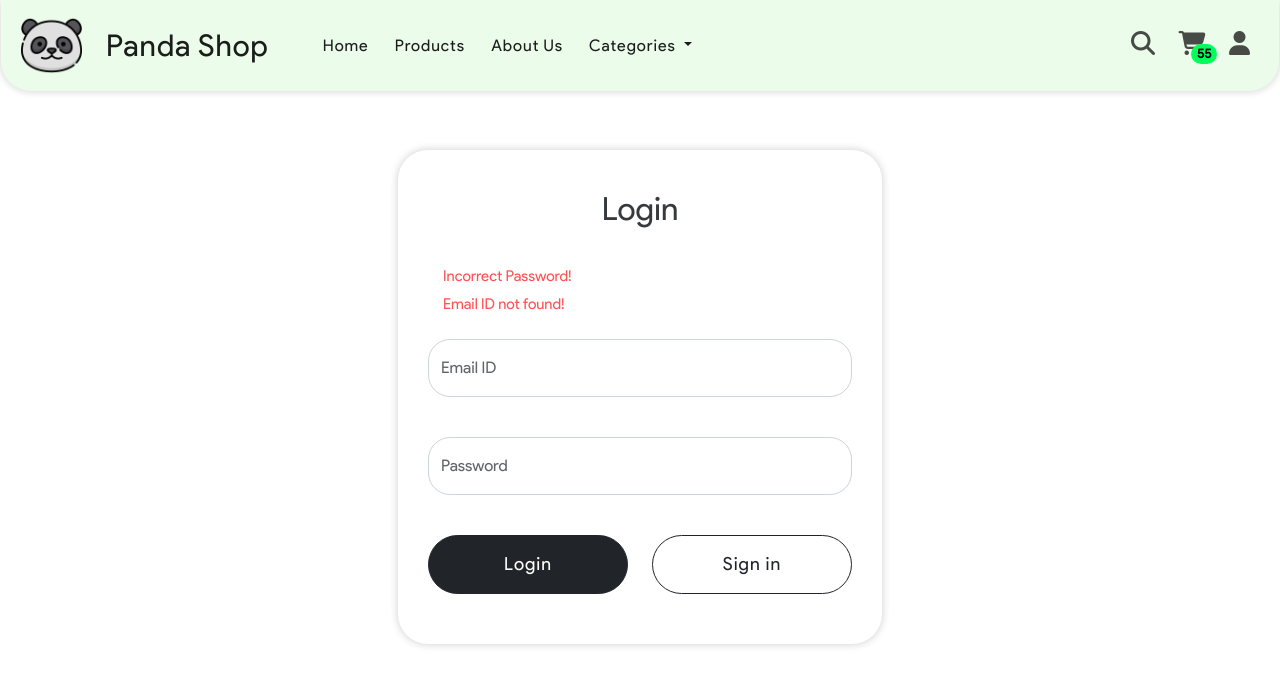
Repository: Anindyait/Panda-web-project
Page: http://localhost/Project1/Profile
An editor plug-in stored every save of this project. The page is shown before and after the next save, followed by the edit.
The browser window is 1280 px wide. The pictures show the whole page.
Some web fonts or font styles are not loaded; a fallback is used. Some web libraries are served in a nearby version. The page is served by Tomcat 9. Other server files are loaded and not shown.

Above is the page before, as saved 2022-12-24 15:17:57.

### Project1/src/main/webapp/login.jsp
<!doctype html>
<html lang="en">
<head>
    <meta charset="ISO-8859-1">
    <script src="https://code.jquery.com/jquery-3.3.1.js"
			integrity="sha256-2Kok7MbOyxpgUVvAk/HJ2jigOSYS2auK4Pfzbm7uH60="
			crossorigin="anonymous">
	</script>
	<script>
		$(function () {
			$("#header").load("header.html");
			$("#footer").load("footer.html");
		});
	</script>
	<meta name="viewport" content="width=device-width, initial-scale=1">
    <title>Signed up</title>

    <link href="https://cdn.jsdelivr.net/npm/bootstrap@5.2.3/dist/css/bootstrap.min.css" rel="stylesheet" integrity="sha384-rbsA2VBKQhggwzxH7pPCaAqO46MgnOM80zW1RWuH61DGLwZJEdK2Kadq2F9CUG65" crossorigin="anonymous">
    <link rel="stylesheet" href="Bootstrap/CSS/style1.css">


</head>
<body>



    <script src="https://cdn.jsdelivr.net/npm/bootstrap@5.2.3/dist/js/bootstrap.bundle.min.js" integrity="sha384-kenU1KFdBIe4zVF0s0G1M5b4hcpxyD9F7jL+jjXkk+Q2h455rYXK/7HAuoJl+0I4" crossorigin="anonymous"></script>

    <div class="font">
		<div class="container-fluid">
			<div id="header"></div>
			   <div class="header-adjustment"></div>

			   <div class = "login-bg">
					<h2 style="opacity:90%;">Login</h2>

                    <br>

                    <div class="server-side-check" style="text-align: left;" >Incorrect Password!</div>
                    <div class="server-side-check" style="text-align: left;">Email ID not found!</div>
                    <br>
                    <form action="Login" name="form1" class="needs-validation" novalidate method="post">
                        <div class="form-floating mb-3" >
                            <input name="email" type = "email" class = "form-control"  id = "email" placeholder="mikehunt@panda.com" required>
                            <label for = "email" style="opacity:70%;">Email ID</label>

                            <div class="invalid-feedback" style="text-align: left;">
                               Enter valid email ID
                           </div>

                        </div>
                        <br>
                        <div class="form-floating mb-3">
                            <input name="password" type = "password" class = "form-control"  id = "password1" placeholder="1234" required>
                            <label for = "password" style="opacity:70%;">Password</label>
                            <div class="invalid-feedback" style="text-align: left;">
                                Enter password
                            </div>
                        </div>
                        <br>
                        <div class="row">
                            <div class="col">
                                <button type="submit" class="btn btn-dark form-submit">Login</button>
                            </div>
                            <div class="col">
                                <a href="register.html">
                                    <div type="sub" class="btn btn-outline-dark form-submit">Sign in</div>
                                </a>
                            </div>
                        </div>

                    </form>
		   		</div>

			</div>
		</div>

        <script>
            // Example starter JavaScript for disabling form submissions if there are invalid fields
        (() => {
        'use strict'

        // Fetch all the forms we want to apply custom Bootstrap validation styles to
        const forms = document.querySelectorAll('.needs-validation')


        // Loop over them and prevent submission
        Array.from(forms).forEach(form => {
          form.addEventListener('submit', event => {

            if (!form.checkValidity()) {
              event.preventDefault()
              event.stopPropagation()
            }


            form.classList.add('was-validated')

          }, false)
        })

        })()
        </script>

	</body>
	</html>

### Project1/src/main/java/pkg/Profile.java
package pkg;

import java.io.*;
import java.io.PrintWriter;
import java.sql.Connection;
import java.sql.DriverManager;
import java.sql.PreparedStatement;
import java.sql.ResultSet;
import java.sql.Statement;
import java.text.SimpleDateFormat;
import java.util.Date;

import javax.servlet.ServletException;
import javax.servlet.annotation.WebServlet;
import javax.servlet.http.Cookie;
import javax.servlet.http.HttpServlet;
import javax.servlet.http.HttpServletRequest;
import javax.servlet.http.HttpServletResponse;

/**
 * Servlet implementation class Profile
 */
@WebServlet("/Profile")
public class Profile extends HttpServlet {
	private static final long serialVersionUID = 1L;

    /**
     * @see HttpServlet#HttpServlet()
     */
    public Profile() {
        super();
        // TODO Auto-generated constructor stub
    }

	/**
	 * @see HttpServlet#doGet(HttpServletRequest request, HttpServletResponse response)
	 *
	 */

    String first_name=null;
    String last_name=null;
    String email = null;
    String phone = null;
    String dob = null;
    String gender = null;
    String address = null;

    void DB_Access(String user_id)
    {
    	try {
			Connection con;
			PreparedStatement pstm;

			int uid = Integer.parseInt(user_id);
			System.out.println(uid*10);

			Class.forName("com.mysql.cj.jdbc.Driver");
			con = DriverManager.getConnection("jdbc:mysql://localhost:3306/servlet", "root", "abcd"); //DriverManager is a class


			pstm = con.prepareStatement("select first_name, last_name, email, phone, dob, gender, address from user_table where user_id = ?;");

			pstm.setString(1, user_id);

			ResultSet rs = pstm.executeQuery();

			if(rs.next())
			{
				first_name = rs.getString("first_name");
				last_name = rs.getString("last_name");
				email = rs.getString("email");
				phone = rs.getString("phone");
				dob = new SimpleDateFormat("dd-MM-yyyy").format(rs.getDate("dob"));
				gender = rs.getString("gender");
				address = rs.getString("address");
			}

    	}catch(Exception e) {}
    }



	protected void doGet(HttpServletRequest request, HttpServletResponse response) throws ServletException, IOException {
		// TODO Auto-generated method stub
		response.setContentType("text/html");

		PrintWriter pw = response.getWriter();
		System.out.println("get");


		Cookie ck[] = request.getCookies();
		int flag = 0;
		String user_id = Utilities.GetUID(request);


		if(user_id == null)
		{
			request.getRequestDispatcher("Login").include(request, response);
		}
		else
		{
			System.out.println("From Cookies "+user_id);
			DB_Access(user_id);
		   	request.setAttribute("first_name", first_name);
		   	request.setAttribute("last_name", last_name);
		   	request.setAttribute("email", email);
		   	request.setAttribute("phone", phone);
		   	request.setAttribute("dob", dob);
		   	request.setAttribute("gender", gender);
		   	request.setAttribute("address", address);
			request.getRequestDispatcher("profile.jsp").include(request, response);


		}

	}

	/**
	 * @see HttpServlet#doPost(HttpServletRequest request, HttpServletResponse response)
	 */
	protected void doPost(HttpServletRequest request, HttpServletResponse response) throws ServletException, IOException {
		// TODO Auto-generated method stub
		response.setContentType("text/html");

		PrintWriter pw = response.getWriter();

		String new_address = request.getParameter("new_address");
		System.out.println(new_address);

		String user_id = Utilities.GetUID(request);

		try
		{
			Connection con;
			PreparedStatement pstm; 			       //class to prepare statement

			Class.forName("com.mysql.cj.jdbc.Driver"); //Class is a class
			con = DriverManager.getConnection("jdbc:mysql://localhost:3306/servlet", "root", "abcd"); //DriverManager is a class
														//jdbc:mysql then ip address then port no. then db name
			Statement stmt = con.createStatement();

			pstm = con.prepareStatement("update user_table set address = (?) where user_id = (?)");
			pstm.setString(1, new_address);
			pstm.setString(2, user_id);

			pstm.executeUpdate();

			pw.println("1");


		}catch(Exception e) {
			pw.println("0");
			System.out.println(e);
		}

	}
}

### Project1/src/main/webapp/header.html
<!doctype html>
<html lang="en">
<head>
    <meta charset="utf-8">
    <meta name="viewport" content="width=device-width, initial-scale=1">
    <title>Header</title>
    <link rel="icon" href="Pics/panda.png">
    <script src="https://cdn.jsdelivr.net/npm/bootstrap@5.2.3/dist/js/bootstrap.bundle.min.js" integrity="sha384-kenU1KFdBIe4zVF0s0G1M5b4hcpxyD9F7jL+jjXkk+Q2h455rYXK/7HAuoJl+0I4" crossorigin="anonymous"></script>
    <script src="https://kit.fontawesome.com/13deb536c6.js" crossorigin="anonymous"></script>

    <link href="https://cdn.jsdelivr.net/npm/bootstrap@5.2.3/dist/css/bootstrap.min.css" rel="stylesheet" integrity="sha384-rbsA2VBKQhggwzxH7pPCaAqO46MgnOM80zW1RWuH61DGLwZJEdK2Kadq2F9CUG65" crossorigin="anonymous">
    <link rel="stylesheet" href="Bootstrap/CSS/style1.css">
</head>
<body>
    <script>
       function search_suggestions()
       {
           var text = document.getElementById("search-text");

           var http = new XMLHttpRequest();
            http.open("POST", "Search", true);
            http.setRequestHeader("Content-type","application/x-www-form-urlencoded");
            var params = "search=" + text.value; // probably use document.getElementById(...).value
            http.send(params);

            http.onreadystatechange = function() {
                if (http.readyState == XMLHttpRequest.DONE) {
                	console.log(http.response);
                	var added = document.getElementById("suggestions");
                    added.innerHTML = http.response;
                }
            }
       }

       function cart_items()
       {
           var cartItems = new XMLHttpRequest();
            cartItems.open("POST", "Cart", true);
            cartItems.setRequestHeader("Content-type","application/x-www-form-urlencoded");

            cartItems.onreadystatechange = function() {
                if (cartItems.readyState == XMLHttpRequest.DONE) {
                	console.log(cartItems.response);
                }
            }
       }
    </script>

    <script>
        $(document).ready(function() {
            $(".dropdown-toggle").dropdown();
        });
    </script>

    <div class="font">

        <nav class="navbar navbar-expand-lg header">
            <!--Store name and Logo-->

            <a class="navbar-brand" style="text-decoration:none" href="Index.html">
                <div class="row">
                    <div class="col">
                        <img class="brand-img" src="Pics/panda.png" height="65">
                    </div>
                    <div class="col">
                        <div class="brand-name">Panda Shop</div>
                    </div>
                </div>
            </a>

            <!--Collapsed NavBars toggle-->
            <div class="menu-button-padding">
                <button class="navbar-toggler round" type="button" data-bs-toggle="collapse" data-bs-target="#NavBar" aria-expanded="false" aria-controls="#NavBar" aria-label="Toggle navigation" ><span class="navbar-toggler-icon"></span></button>

            </div>

            <!--Actual NavBar-->
            <div class="collapse navbar-collapse nav-part" id="NavBar">

                <ul class="navbar-nav">
                    <li class="nav-item">
                        <a href="Index.html" class="nav-link nav-link1 active">Home</a>
                    </li>

                    <li class="nav-item">
                        <a href="#" class="nav-link nav-link1 active">Products</a>
                    </li>

                    <li class="nav-item">
                        <a href="aboutUs.html" class="nav-link nav-link1 active">About Us</a>
                    </li>

                    <div class="nav-item dropdown">
                        <div class="nav-link nav-link1 dropdown-toggle active" href="#" role="button" data-bs-toggle="dropdown" aria-expanded="false">
                            Categories
                        </div>
                        <div class="dropdown-menu" style="border-radius:20px;">

                            <div class="row">
                                <div class="col">

                                    <a href="ProductList?category=Winter Collection" class="dropdown-item">
                                        Winter&nbspCollection
                                    </a>

                                    <a href="ProductList?category=New Year's Collection" class="dropdown-item">
                                        New&nbspYear's&nbspCollection
                                    </a>

                                    <a href="ProductList?category=Valentine's Day" class="dropdown-item">
                                        Valentine's&nbspDay
                                    </a>

                                    <a href="ProductList?category=Saraswati Puja Collection" class="dropdown-item">
                                        Saraswati&nbspPuja&nbspCollection
                                    </a>
                                    <a href="ProductList?category=Best Sellers" class="dropdown-item">
                                        Best&nbspSellers
                                    </a>

                                    <a href="ProductList?category=Royal Range" class="dropdown-item">
                                        Royal&nbspRange
                                    </a>


                                    <a href="ProductList?category=Shoes" class="dropdown-item">
                                        Shoes
                                    </a>
                                </div>

                                <div class="col">



                                    <a href="ProductList?category=Tops" class="dropdown-item">
                                        Tops
                                    </a>

                                    <a href="ProductList?category=Hoodies" class="dropdown-item">
                                        Hoodies
                                    </a>

                                    <a href="ProductList?category=Trousers" class="dropdown-item">
                                        Trousers
                                    </a>

                                    <a href="ProductList?category=Dresses" class="dropdown-item">
                                        Dresses
                                    </a>

                                    <a href="ProductList?category=Formal Clothing Range" class="dropdown-item">
                                        Formal&nbspClothing&nbspRange
                                    </a>

                                    <a href="ProductList?category=,Male," class="dropdown-item">
                                        Men
                                    </a>

                                    <a href="ProductList?category=,Female," class="dropdown-item">
                                        Women
                                    </a>
                                </div>
                            </div>
                            <br>
                            <a href="ProductList?category=All Panda Shop Products" class="dropdown-item" style="background-color:#ebfceb;">
                                All Panda Shop Products
                            </a>
                        </div>
                    </div>




                </ul>
            </div>

        </nav>

        <div class="nav-item right-icons">
            <i class="fa-solid fa-magnifying-glass fa-xl right-cons" data-bs-toggle="modal" data-bs-target="#searchModal"></i>

            <!--Search Modal-->
            <div class="modal fade" id="searchModal" aria-labelledby="searchModalLabel" aria-hidden="true">
                <div class="modal-dialog">
                    <div class="modal-content search" style="border:none; background:rgb(255, 255, 255)">

                        <form>
                        <div class="row">
                            <div class="col">
                                <input name="search-text" type = "search" class = "form-control" id = "search-text" placeholder="Search..." onkeyup="search_suggestions()" required>
                            </div>
                            <div class="col-2">
                                <button type="submit" class="btn bamboo rounded-5"><i class="fa-solid fa-magnifying-glass fa-lg"></i></button>
                            </div>

                            <div class="col-1">
                            <button type="button" class="btn-close" data-bs-dismiss="modal" aria-label="Close" style="margin-top:6px; margin-left:-15px;"></button>
                            </div>
                        </div>
                        </form>


                        <div class="search-suggestion" id="suggestions">
                            <!--<a href="#">Set Of Three : Corset Style Hoodie With Sleeveless Crop Top & Bottom In Black</a>
                            <a href="#">Suggestion2</a>-->
                            <h4 style="text-align:center; opacity:60%">Search products</h4>
                        </div>



                    </div>


                </div>
            </div>

            <a href="Cart" class="right-links">
                <div id="cart-item-numbers">55</div>
                <i class="fa fa-cart-shopping fa-xl right-cons"></i>

            </a>



            <!-- <input type="button"  value="   " data-bs-toggle="collapse" class="btn btn-secondary login-button round"/> -->
            <a href="Profile" class="right-links"><i class="fa-solid fa-user fa-xl right-cons"></i></a>






        </div>

    </div>



</body>
<script>
    function focus_text()
    {
        console.log("focus_text");
        document.getElementById("suggestions").focus();
    }
</script>

</html>

Loaded but not shown: Project1/src/main/webapp/Bootstrap/CSS/style1.css (1772 lines, source omitted)

After the next save:
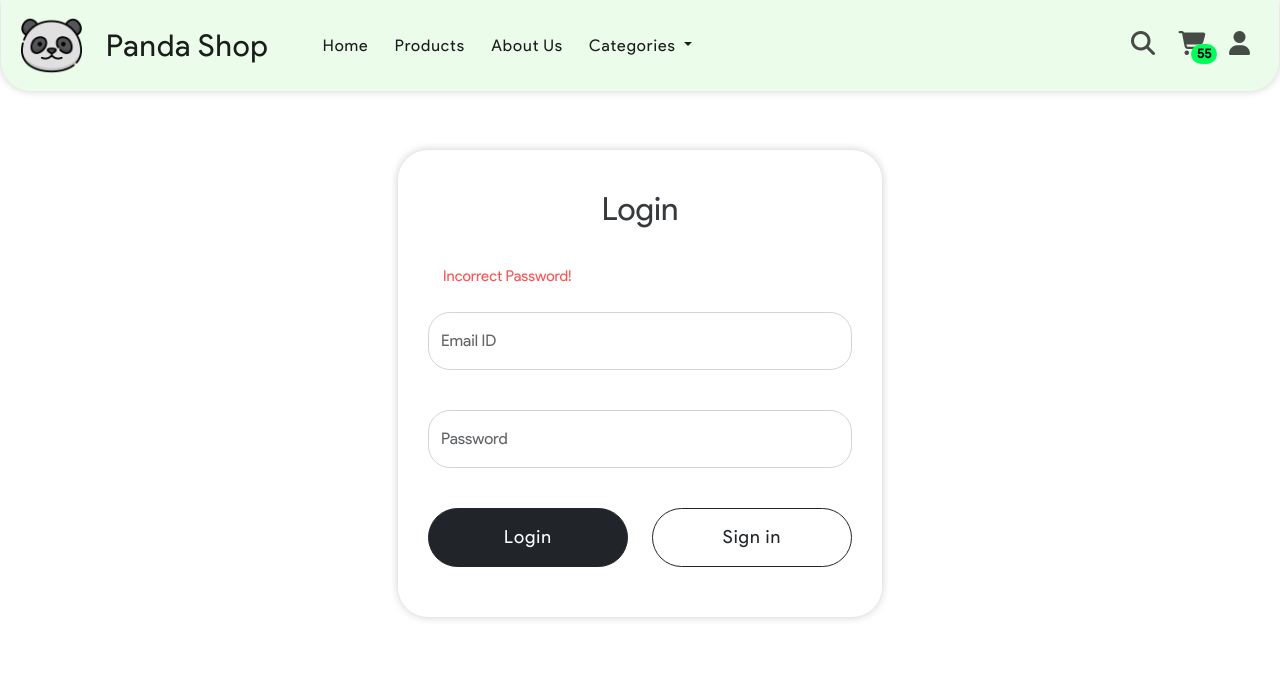
Saved 5 s later.
--- a/Project1/src/main/webapp/login.jsp
+++ b/Project1/src/main/webapp/login.jsp
@@ -37,7 +37,7 @@
                     <br>
 
                     <div class="server-side-check" style="text-align: left;" >Incorrect Password!</div>
-                    <div class="server-side-check" style="text-align: left;">Email ID not found!</div>
+                    <div class="server-side-check" style="text-align: left;" <%= request.getAttribute("wrong_email")%> >Email ID not found!</div>
                     <br>
                     <form action="Login" name="form1" class="needs-validation" novalidate method="post">
                         <div class="form-floating mb-3" >
